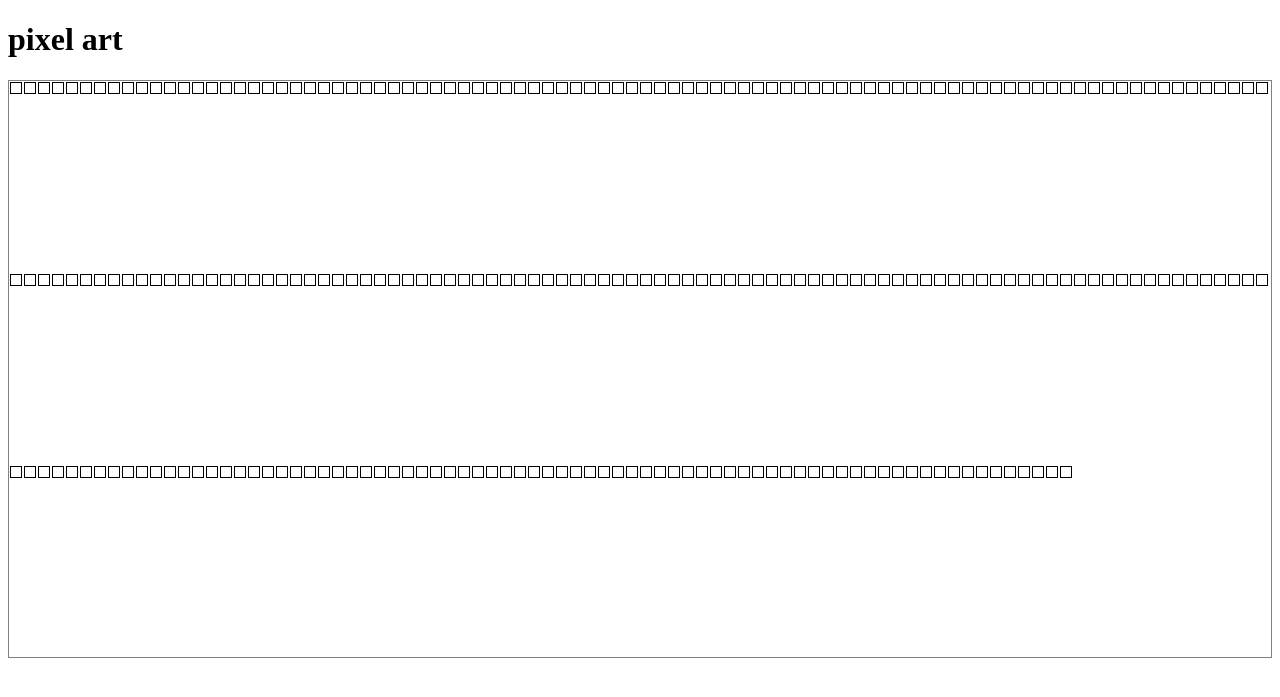
Repository: bechara611/pixelartdb
Page: /
An editor plug-in stored every save of this project. The page is shown before and after the next save, followed by the edit.
The browser window is 1280 px wide. The pictures show the whole page.
The project was rebuilt for these pictures with package versions that can differ from the ones it lists, and the page was loaded fresh each time. Also part of the build but not shown: vite.config.js.

Above is the page before, as saved 2023-03-05 19:39:48.

### src/main.jsx
import React from 'react'
import ReactDOM from 'react-dom/client'
import App from './App'


ReactDOM.createRoot(document.getElementById('root')).render(

    <App />

)

### src/App.jsx

import { useState } from 'react'
import './App.css'
import { Pixel } from './Pixel'

const App=()=> {
const  [pixels, setPixels] = useState(
  Array.from({length:16*16})
)
const funcionArray=(index)=>{
  let nuevoArray = [...pixels]
  console.log(index)
 console.log(!nuevoArray[index])
}

  return (
    <>
      <h1>pixel art</h1>

      <div className="contenedor">
      {
        pixels.map((a,index)=>{
          return <Pixel key={index}
                  funcion={()=>funcionArray(index)}
          ></Pixel>
        })
      }

      </div>
    </>
  )
}

export default App

### src/App.css

.pixel{
  width: 10px;
  height: 10px;
  border: 1px solid black;
  margin: 1px;

}
.active{
  background: green;
}

.contenedor{

  display: flex;
  flex-direction: row;
  flex-wrap: wrap;
  width: fit-content;
  border: 1px solid grey;
  height: 80vh;

}

### src/Pixel.jsx
import React, { useState } from 'react'
import './App.css'
import {selectableGroup, createSelectable} from 'react-selectable-fast'
export const Pixel = (props) => {
    const [isActive, setisActive] = useState(false)
  return (

 <div className={`pixel ${props.active ? 'active' : ''}`} style={{ background:props.active ? props.color : ''}}
 onClick={()=>{
    setisActive(!isActive)
    props.funcion();
}}
onMouseDown={()=>{props.onMouseDown()}}
onMouseUp={()=>{props.onMouseUp()}}
onTouchEnd={()=>{props.onMouseUp()}}
onMouseOver={()=>{props.onMouseOver()}}
onTouchStart={()=>{{
    props.onMouseDown()
    props.onMouseOver()}}}
 >

 </div>
  )
}

Loaded but not shown: index.html (common file)

After the next save:
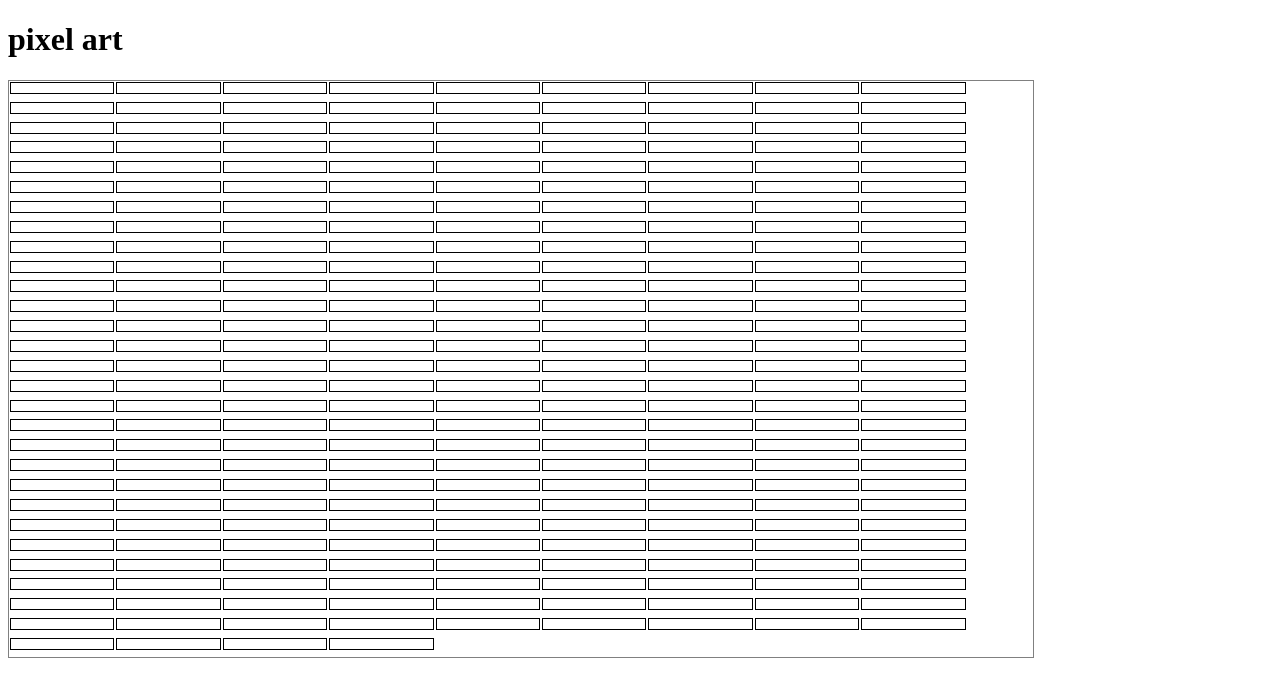
Saved 78 s later.
--- a/src/App.css
+++ b/src/App.css
@@ -1,6 +1,6 @@
 
 .pixel{
-  width: 10px;
+  width: 10%;
   height: 10px;
   border: 1px solid black;
   margin: 1px;

After the save that followed:
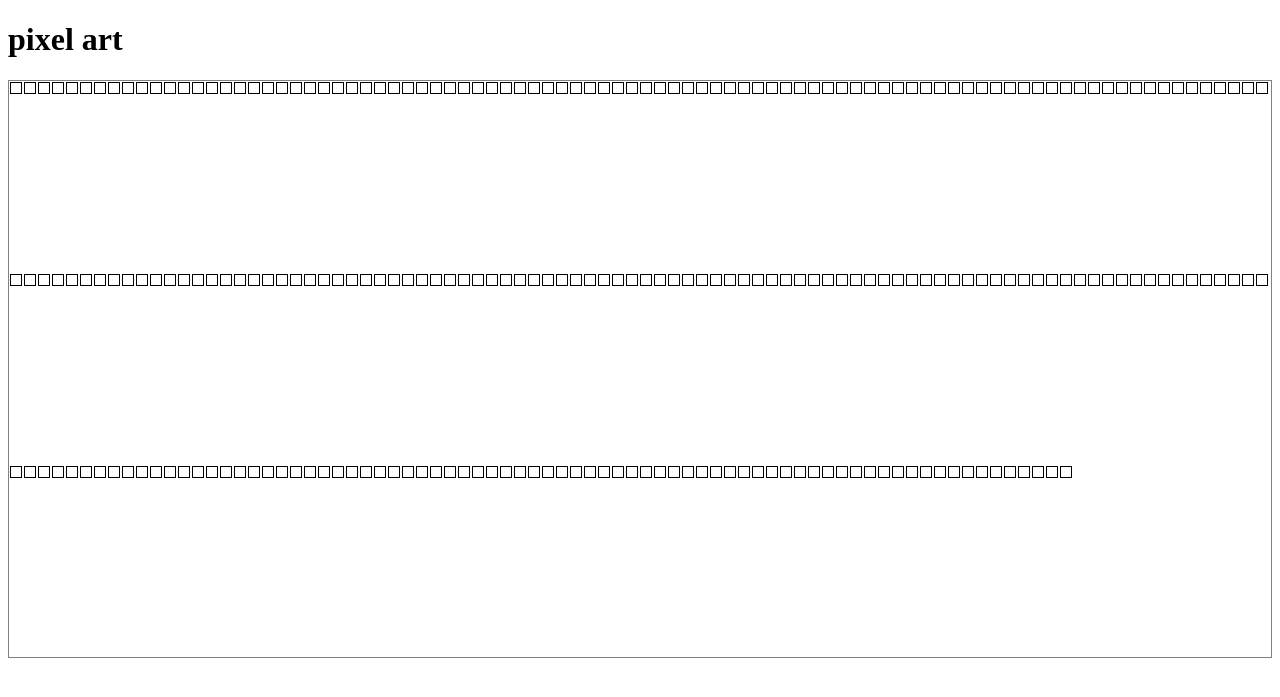
Saved 7 s later.
--- a/src/App.css
+++ b/src/App.css
@@ -1,6 +1,6 @@
 
 .pixel{
-  width: 10%;
+  width: 10px;
   height: 10px;
   border: 1px solid black;
   margin: 1px;
